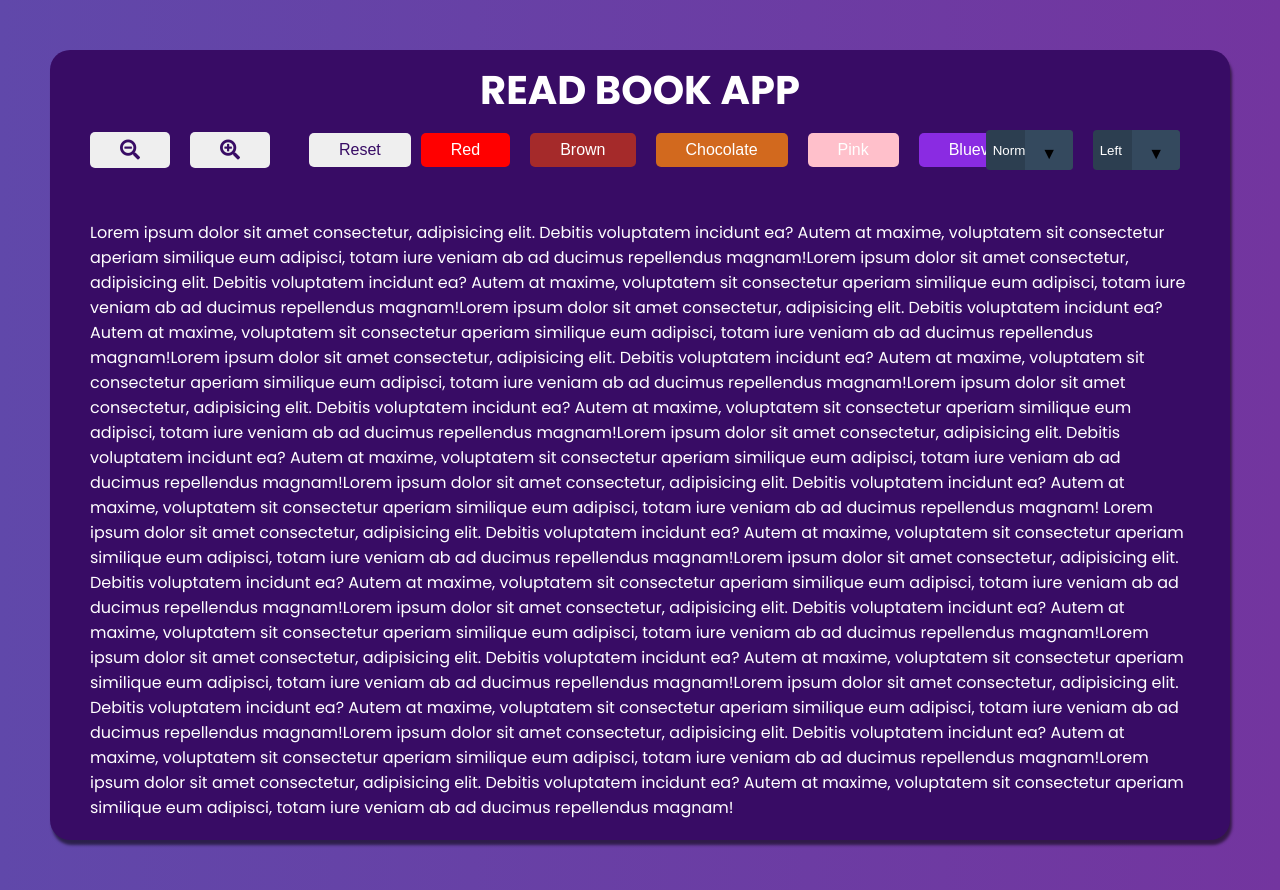
Repository: dinhconglam2306/frontend_tu_xa
Page: b09/02-reading-info/index.html
The author's editor kept a copy of each file at every save. The page is drawn from the files as they stood at one save, then again after the next save.
The browser window is 1280 px wide. The pictures show the whole page.
Some web libraries are served in a nearby version. The style sheet was rebuilt from its Sass, Less or Tailwind sources for each picture, by a compiler version that may differ from the author's.

Above is the page before, as saved 2021-04-25 07:42:06.

After the next save:
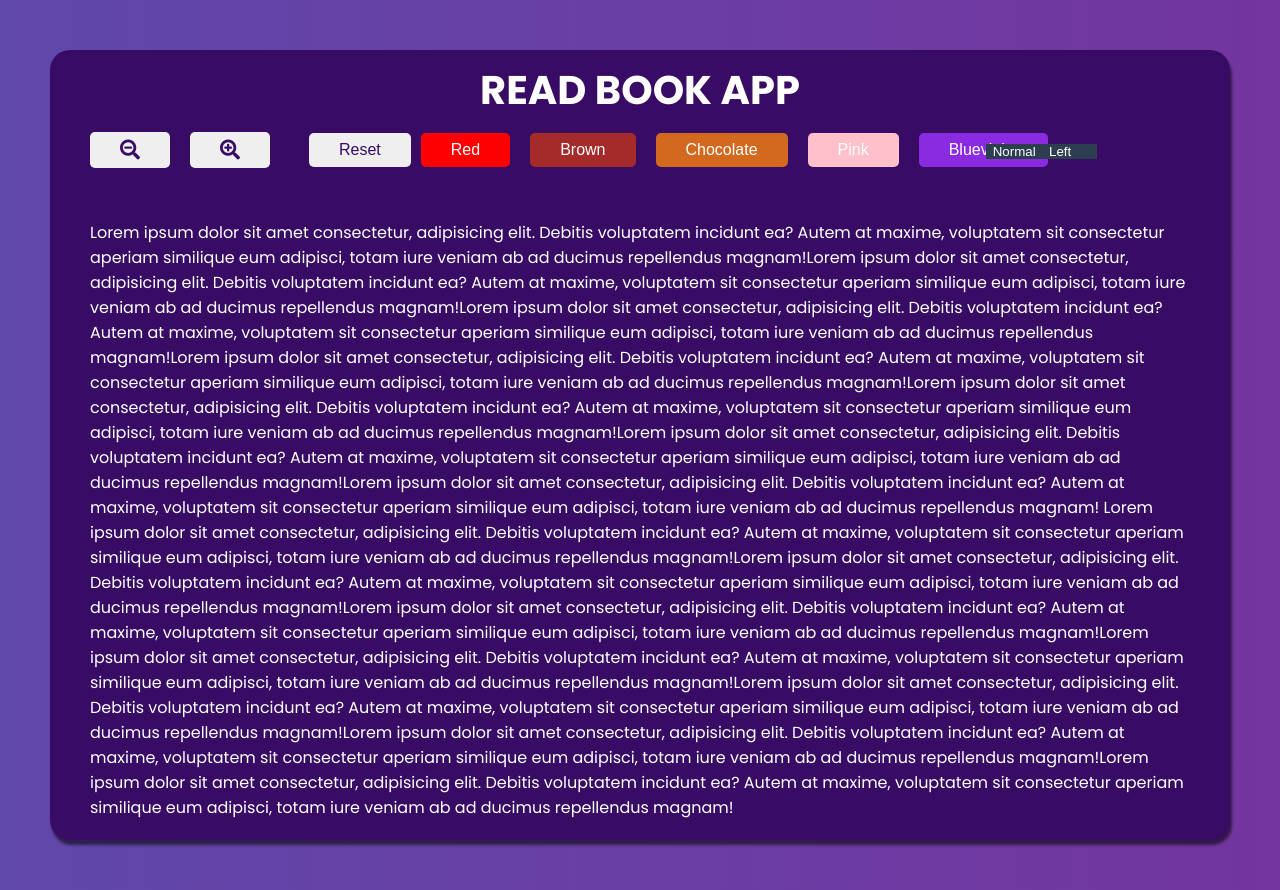
Saved 50 s later.
--- a/b09/02-reading-info/index.html
+++ b/b09/02-reading-info/index.html
@@ -65,14 +65,14 @@
           </button>
         </div>
         <div class="app-controls-select">
-          <div class="select">
+          <div class="select__item">
             <select class="app-controls-select__lineheight">
               <option value="0.8">Narrow</option>
               <option value="1" selected>Normal</option>
               <option value="2">Large</option>
             </select>
           </div>
-          <div class="select">
+          <div class="select__item">
             <select class="app-controls-select__textalign">
               <option value="left" selected>Left</option>
               <option value="center">Center</option>

After the 6 saves that followed:
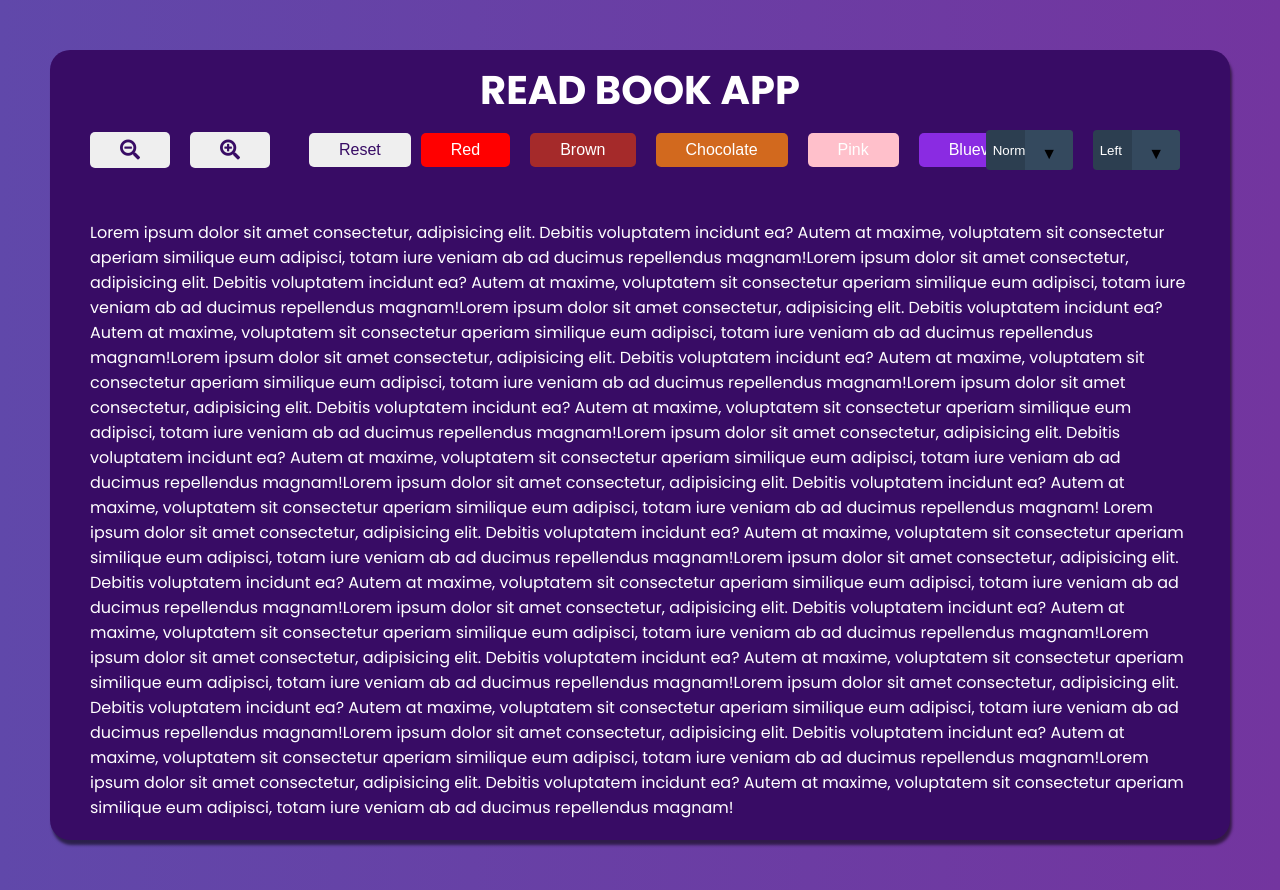
The 6 saves are shown as one change because 2 did not build or start and 3 left the picture as it was.
The last was saved 3 min 8 s later.
--- a/b09/02-reading-info/index.html
+++ b/b09/02-reading-info/index.html
@@ -65,14 +65,14 @@
           </button>
         </div>
         <div class="app-controls-select">
-          <div class="select__item">
+          <div class="select">
             <select class="app-controls-select__lineheight">
               <option value="0.8">Narrow</option>
               <option value="1" selected>Normal</option>
               <option value="2">Large</option>
             </select>
           </div>
-          <div class="select__item">
+          <div class="select">
             <select class="app-controls-select__textalign">
               <option value="left" selected>Left</option>
               <option value="center">Center</option>
